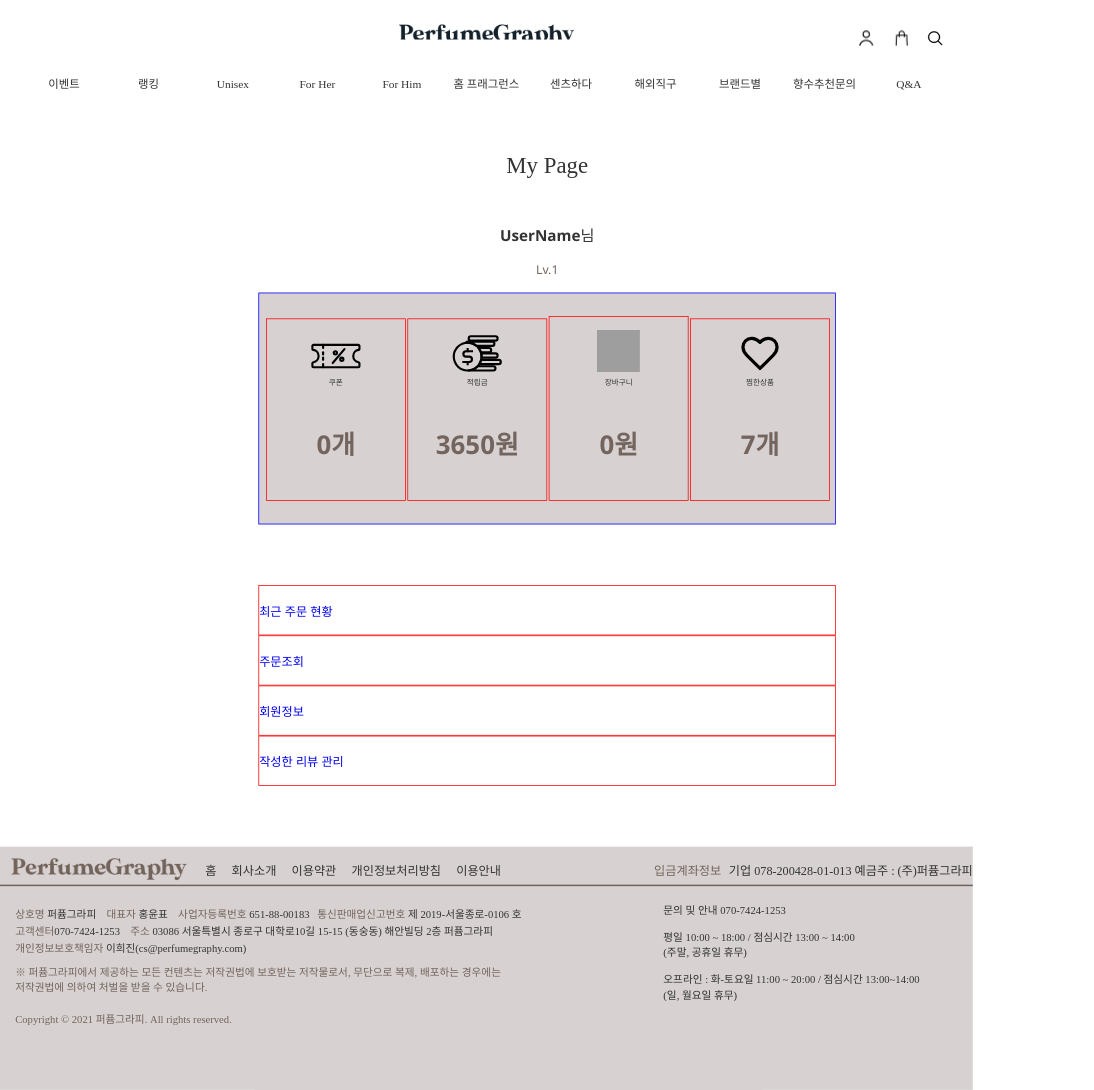
Repository: mingdue03/perfumegraphy
Page: myPage.html
An editor plug-in stored every save of this project. The page is shown before and after the next save, followed by the edit.
The browser window is 1280 px wide. The page is 1440 px wide, so the pictures cover 1440 px, including what lies to the right of the window. The pictures show the whole page, at 76% of full size.
Pictures or frames that could not be fetched are drawn as grey boxes.

Above is the page before, as saved 2021-08-27 15:06:10.

### myPage.html
<!DOCTYPE html>
<html lang="ko">
<head>
    <meta charset="UTF-8">
    <meta http-equiv="X-UA-Compatible" content="IE=edge">
    <meta name="viewport" content="width=device-width, initial-scale=1.0">
    <title>PerfumeGraphy</title>
    <link rel="stylesheet" href="css/basic.css">
    <link rel="stylesheet" href="css/mypage.css">
    <link href="https://fonts.googleapis.com/css2?family=Noto+Serif+KR&display=swap" rel="stylesheet">
    <script src="js/jquery-1.12.4.min.js"></script>
    <script src="js/jquery.slides.min.js"></script>
    <script src="js/jquery.stellar.js"></script>
    <script src="js/main_1.js"></script>
</head>
<body>
<div id="body_wrap">
    <header>
    <div id="header_wrap">
        <div class="header_top">
            <div class="logo">
                <h1><a href="index.html">PerfumeGraphy</a></h1>
            </div>
            <ul class="top_menu">
                <li class="user"><a href="login.html">마이페이지</a></li>
                <li class="cart"><a href="mypage.html">장바구니</a></li>
                <li class="search"><a href="#">검색</a></li>
                <li class="ham_btn"><a href="#">button</a></li>
            </ul>
        </div>
        <div class="search_pop">
            <div class="search_bg">
                <span></span>
                <ul>
                    <li><a href="#">#금주의 향수</a></li>
                    <li><a href="#">#럭셔리집들이선물</a></li>
                    <li><a href="#">#비누향수</a></li>
                </ul>
            </div>
        </div>
        <div class="header_b" >
            <ul class="gnb">
                <li>
                    <a href="#">이벤트</a>
                </li>
                <li class="hasSub">
                    <a href="lank.html">랭킹</a>
                    <ul class="sub_menu">
                        <li><a href="lank.html">전체 랭킹 </a></li>
                        <li><a href="lank.html">Unisex 랭킹</a></li>
                        <li><a href="lank.html">For her 랭킹</a></li>
                        <li><a href="lank.html">For him 랭킹</a></li>
                    </ul>
                </li>
                <li class="hasSub">
                    <a href="#">Unisex</a>
                    <ul class="sub_menu">
                        <li><a href="#">ALL</a></li>
                        <li><a href="#"> 시트러스 | 그린</a></li>
                        <li><a href="#">우디 | 베티버</a></li>
                        <li><a href="#">샌달우드 | 머스크</a></li>
                        <li><a href="#">스파이시 | 통카빈</a></li>
                    </ul>
                </li>
                <li class="hasSub">
                    <a href="#">For Her</a>
                    <ul class="sub_menu">
                        <li><a href="#">ALL</a></li>
                        <li><a href="#">시트러스 | 그린</a></li>
                        <li><a href="#">플로럴 | 화이트플로럴</a></li>
                        <li><a href="#">머스크 | 앰버</a></li>
                        <li><a href="#">스위트 | 바닐라</a></li>
                    </ul>
                </li>
                <li class="hasSub">
                    <a href="#">For Him</a>
                    <ul class="sub_menu">
                        <li><a href="#">ALL</a></li>
                        <li><a href="#">시트러스 | 그린</a></li>
                        <li><a href="#">우디 | 베티버</a></li>
                        <li><a href="#">웜스파이시 | 통카빈</a></li>
                        <li><a href="#">머스크 | 앰버</a></li>
                        <li><a href="#">라벤더 | 워터리</a></li>
                    </ul>
                </li>
                <li class="hasSub">
                    <a href="#">홈 프래그런스</a>
                    <ul class="sub_menu">
                        <li><a href="#">디퓨저 & 캔들</a></li>
                        <li><a href="#">바디 & 솝</a></li>
                    </ul>
                </li>
                <li><a href="#">센츠하다</a></li>
                <li>
                    <a href="#">해외직구</a>
                </li>
                <li><a href="#">브랜드별</a></li>
                <li><a href="#">향수추천문의</a></li>
                <li><a href="#">Q&A</a></li>
            </ul>
        </div>
        <div class="gnb_dim"></div>
    </div>
    </header>
    <!------------------------login-------------------------------->
    <main id="mypage">
        <div class="mypage_wrap">
            <h2>My Page</h2>
            <section class="name">
                <div>
                    <p><span>UserName</span>님</p>
                    <p class="level">Lv.1</p>
                </div>
            </section>
            <section class="coupon">
                <div class="coupon_wrap">
                    <ul>
                        <li><a href="#" class="coupon">쿠폰 <span>0개</span></a></li>
                        <li><a href="#" class="coin">적립금 <span>3650원</span></a></li>
                        <li><a href="#" class="cart">장바구니<span>0원</span></a></li>
                        <li><a href="#" class="heart">찜한상품<span>7개</span></a></li>
                    </ul>
                </div>
            </section>
            <section class="order">
                <div class="oder_wrap">
                    <ul>
                        <li class="recent"><a href="#">최근 주문 현황</a></li>
                        <li><a href="#">주문조회</a></li>
                        <li><a href="#">회원정보</a></li>
                        <li><a href="#">작성한 리뷰 관리</a></li>
                    </ul>

                </div>
            </section>

        </div>
    </main>
    <footer>
        <div id="footer_in">
            <div class="footer_top">
                <h2>PerfumeGraphy</h2>
                <ul class="m_hidden">
                    <li><a href="javasctipt:;">홈</a></li>
                    <li><a href="javasctipt">회사소개</a></li>
                    <li><a href="javasctipt">이용약관</a></li>
                    <li><a href="javasctipt">개인정보처리방침</a></li>
                    <li><a href="javasctipt">이용안내</a></li>
                </ul>
                <p><span>입금계좌정보</span> 기업 078-200428-01-013 예금주 : (주)퍼퓸그라피</p>
            </div>
        </div>
        <div class="footer_bottom">
            <section class="left">
                <ul class="pc_hidden">
                    <li><a href="javasctipt:;">홈</a></li>
                    <li><a href="javasctipt">회사소개</a></li>
                    <li><a href="javasctipt">이용약관</a></li>
                    <li><a href="javasctipt">개인정보처리방침</a></li>
                    <li><a href="javasctipt">이용안내</a></li>
                </ul>
                <p class="margin">
                    <p><span>상호명</span>  퍼퓸그라피</p> <p><span>대표자</span> 홍윤표</p>	 <p><span>사업자등록번호</span> 651-88-00183</p><p> <span >통신판매업신고번호</span>  제 2019-서울종로-0106 호<br></p>
                </p>
                <p class="pc_hidden">
                    <span>고객센터</span>070-7424-1253
                </p>
                <p>
                    <span> 주소</span> 03086 서울특별시 종로구 대학로10길 15-15 (동숭동) 해안빌딩 2층 퍼퓸그라피
                </p>
                <p ><span>개인정보보호책임자</span> 	 이희진(cs@perfumegraphy.com) </p>
                <p class="margin"><span class="m_hidden"> ※ 퍼퓸그라피에서 제공하는 모든 컨텐츠는 저작권법에 보호받는 저작물로서, 무단으로 복제, 배포하는 경우에는<br><span></span> 저작권법에 의하여
                처벌을 받을 수 있습니다.</span></p>
                <p class="margin"><span class="m_hidden"> Copyright © 2021 퍼퓸그라피. All rights reserved.</span></p>
            </section>
            <section class="right m_hidden">
                <p>문의 및 안내   070-7424-1253<br>
                    <br>
                    평일 10:00 ~ 18:00 / 점심시간 13:00 ~ 14:00<br>
                    (주말, 공휴일 휴무)<br>
                    <br>
                    오프라인 : 화-토요일 11:00 ~ 20:00 / 점심시간 13:00~14:00<br>
                     (일, 월요일 휴무)</p>
            </section>
        </div>
    </footer>
</div>
</body>
</html>

### css/mypage.css
@charset "UTF-8";

main#mypage{font-family:'NanumGothic','Segoe UI', Roboto, Oxygen, sans-serif ;background: #fff; color:#333; font-size:16px; }

#mypage{}
.mypage_wrap{
  width:1440px;
  margin:60px auto;
  text-align:center;
}
.mypage_wrap h2{
  font-size:30px;
  margin:60px 0;
  font-weight: normal;
  font-family: 'Noto Serif KR', serif;
}
.name {
  margin:20px 0;
}
.name p{
  font-size: 20px;
  margin:20px 0;
}
.name p span{
  font-weight: bold;
}
.name p.level{
  font-size:16px;
  color:#73645D;
}

.coupon{
  width:760px;
  margin:auto;
}
.coupon_wrap{
  width:100%;
  height:auto;
  background:#D7D1D1;
}
.coupon_wrap ul{
  border:1px solid blue;
  padding:30px 0;
}
.coupon_wrap li{
  display: inline-block;
  width:24%;
}
.coupon_wrap a{
  display: block;
  width:100%;
  height:auto;
  border:1px solid red;
  font-size:10px;
  color:#333;
}
.coupon_wrap a.coupon:before{
  display:block;
  content:'';
  margin:0 auto -16px;
  width:90px; height:90px;
  background:url('../img/icon/coupon_icon.svg') no-repeat 100% 100%;
}
.coupon_wrap a.coin:before{
  display:block;
  content:'';
  margin:0 auto -16px;
  width:90px; height:90px;
  background:url('../img/icon/coins_icon.svg') no-repeat 100% 100%;}
.coupon_wrap a.cart:before{
  display:block;
  content:'';
  margin:17px auto 4px;
  width:56px; height:56px;
  background:url('../img/icon/bag_icon.svg') no-repeat 100% 100%;
}
.coupon_wrap a.heart:before{
  display:block;
  content:'';
  margin:0 auto -16px;
  width:90px; height:90px;
  background:url('../img/icon/basic_heart_icon.svg') no-repeat 100% 100%;
}
.coupon_wrap a span{
  display: block;
  font-size:34px;
  font-weight:bold;
  margin: 50px auto;
  color:#73645D;
}


.order{}
.oder_wrap{
  width:760px;
  margin:80px auto;

}

.oder_wrap ul{}
.oder_wrap li{
  display:block;
  border-bottom:1px solid #999;
  text-align: left;
  border:1px solid red;
  padding: 20px 0;
}
.recent{

}
.oder_wrap a{}














@media (max-width:1440px){
  .login_wrap{
    width:100%;
  }
}

@media (max-width:450px){
  .login_wrap{
    max-width:450px;
  }
}

Loaded but not shown: js/jquery-1.12.4.min.js (library); js/jquery.slides.min.js (library); js/jquery.stellar.js (library); js/main_1.js (215 lines, source omitted); css/basic.css (877 lines, source omitted)

After the next save:
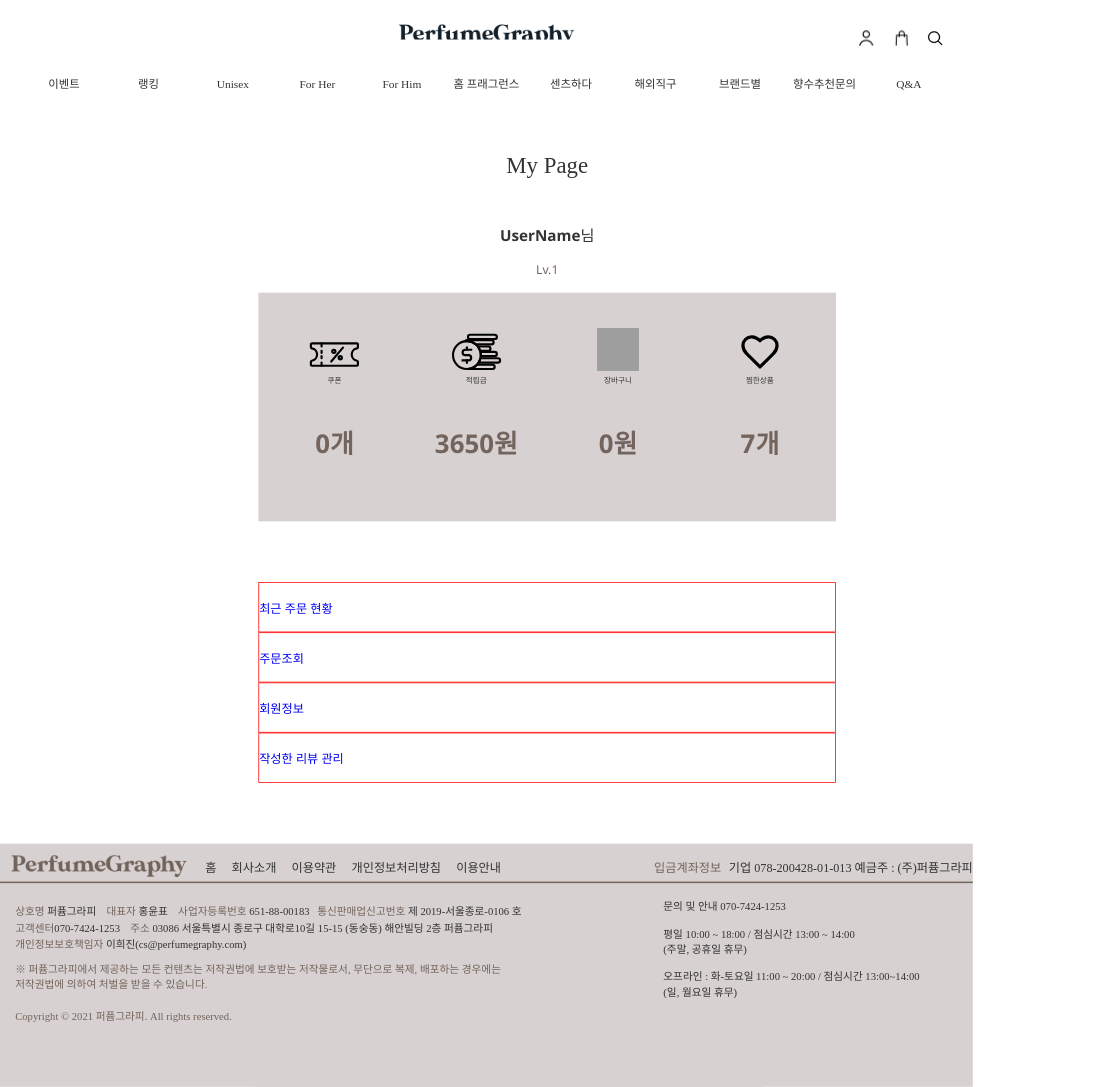
Saved 11 s later.
--- a/css/mypage.css
+++ b/css/mypage.css
@@ -39,7 +39,6 @@
   background:#D7D1D1;
 }
 .coupon_wrap ul{
-  border:1px solid blue;
   padding:30px 0;
 }
 .coupon_wrap li{
@@ -50,7 +49,6 @@
   display: block;
   width:100%;
   height:auto;
-  border:1px solid red;
   font-size:10px;
   color:#333;
 }
